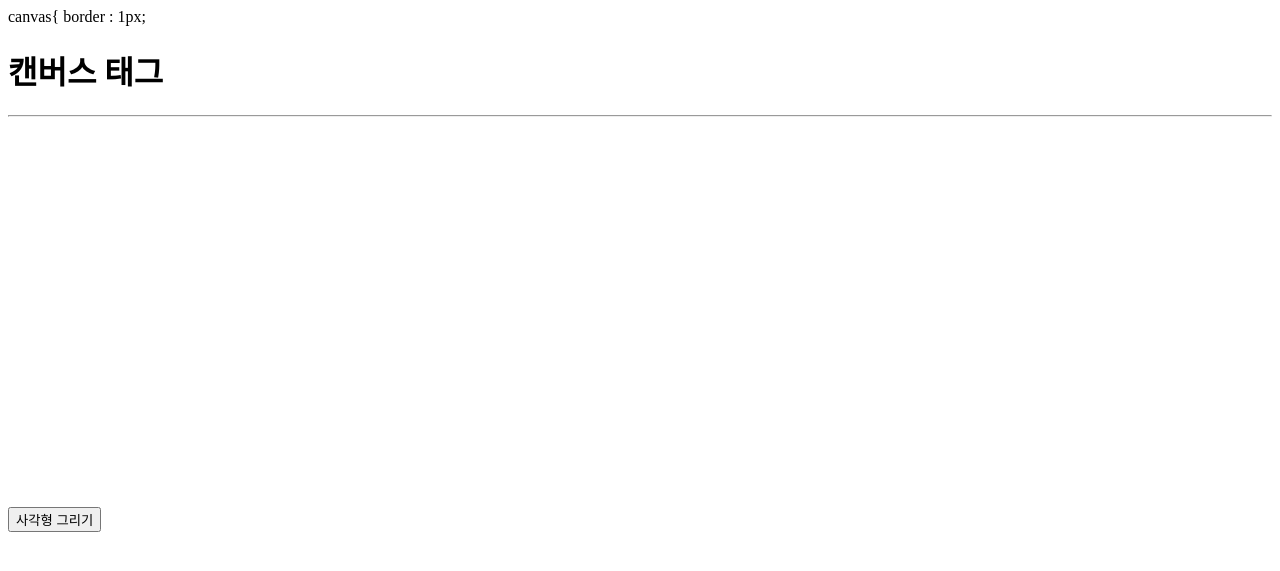
Repository: seokhoyoun/HTML_CSS
Page: html5Projects/web/views/testCanvas.html
These files come from the project's save history. The page is drawn as it stood at one moment and after the next save; the edit follows.
The browser window is 1280 px wide. The pictures show the whole page.

Above is the page before, as saved 2019-02-01 10:16:00.

### html5Projects/web/views/testCanvas.html
<!DOCTYPE html>
<html>
<head>
<meta charset="UTF-8">
<title>canvas</title>
<style type="text/css"></style>
		canvas{
		border : 1px;
<script type="text/javascript">
	function draw_m(){
		var m_canvas = document.getElementByid("m");
		var m_ctx = m_canvas.getContext("2d");
		m_ctx.fillStyle = "rgb(200, 0 ,0)";
		m_ctx.fillRect(10, 10, 100, 100);
	}
</script>
</head>
<body>
<h1>캔버스 태그</h1>
<hr>
<button onclick="draw_m();">사각형 그리기</button>
<canvas id="m" width="500" height="400"></canvas>
</body>
</html>

After the next save:
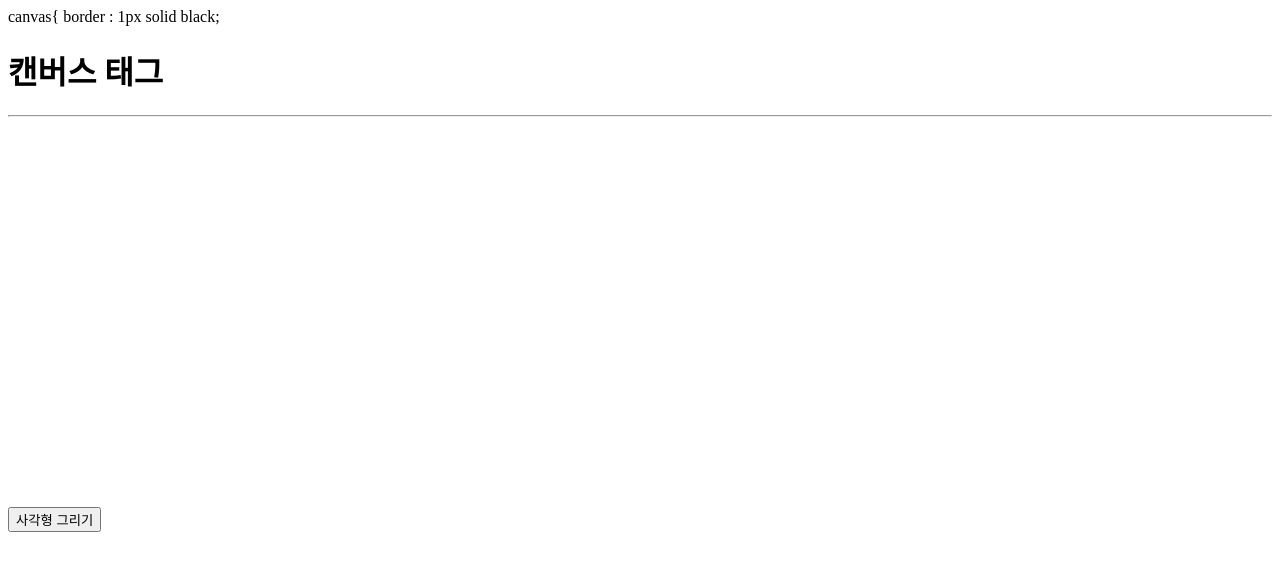
Saved 11 s later.
--- a/html5Projects/web/views/testCanvas.html
+++ b/html5Projects/web/views/testCanvas.html
@@ -5,7 +5,7 @@
 <title>canvas</title>
 <style type="text/css"></style>
 		canvas{
-		border : 1px;
+		border : 1px solid black;
 <script type="text/javascript">
 	function draw_m(){
 		var m_canvas = document.getElementByid("m");
